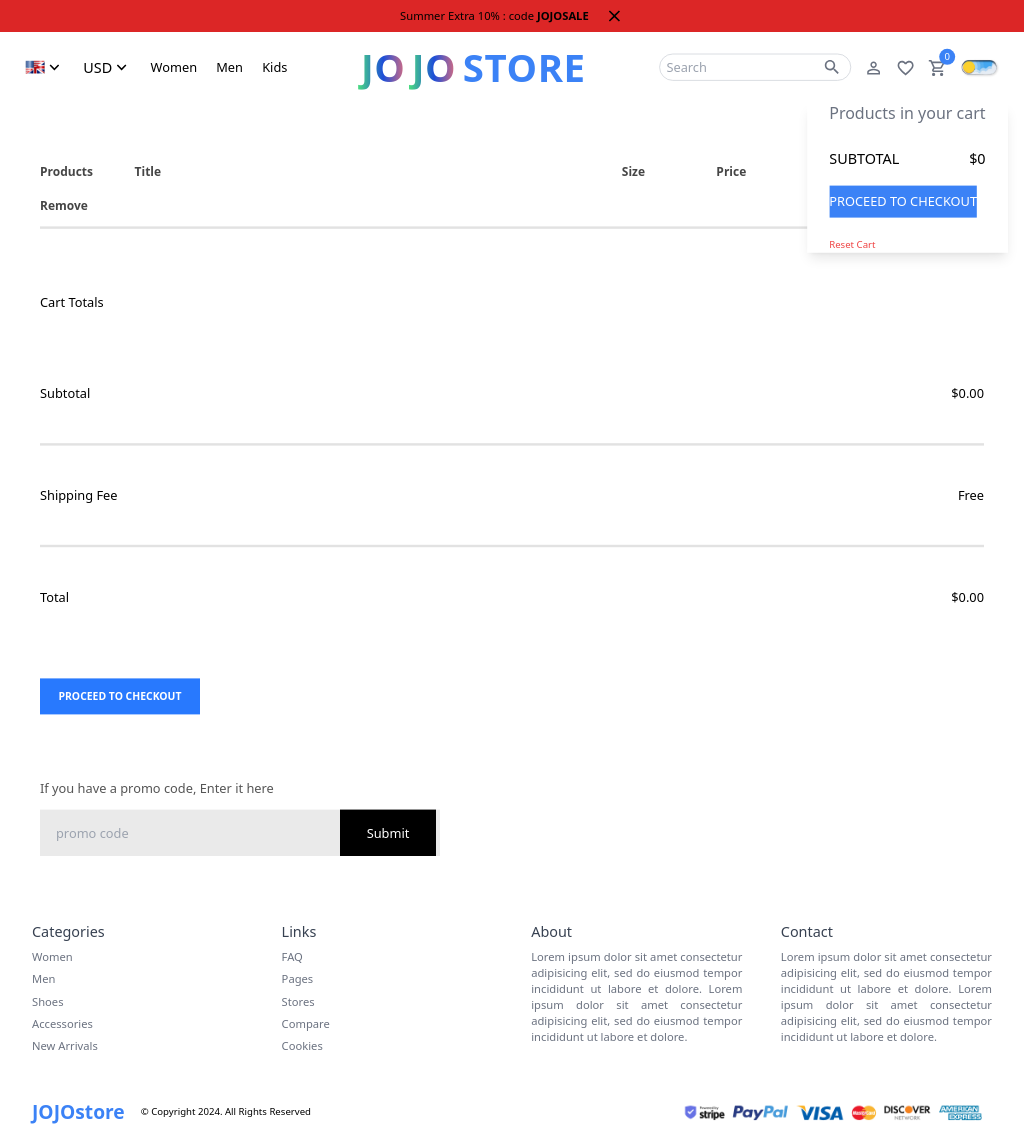
Repository: AiTrinh303/JOJO-STORE
Page: /cartpage, after clicking the first element matching `div.icons > :nth-child(4)`
The author's editor kept a copy of each file at every save. The page is drawn from the files as they stood at one save, then again after the next save.
The browser window is 1280 px wide. The pictures show the whole page, at 80% of full size.
The project was rebuilt for these pictures with package versions that can differ from the ones it lists, and the page was loaded fresh each time. Also part of the build but not shown: vite.config.js, src/components/Slider/Slide1.jsx, src/components/Slider/Slide2.jsx, src/components/Slider/Slide3.jsx, src/components/Slider/Slider.scss, src/components/Slider/Slider.jsx, src/components/Card.jsx, src/assets/featured_data.js and 17 more.

Above is the page before, as saved 2024-06-12 11:53:27.

After the next save:
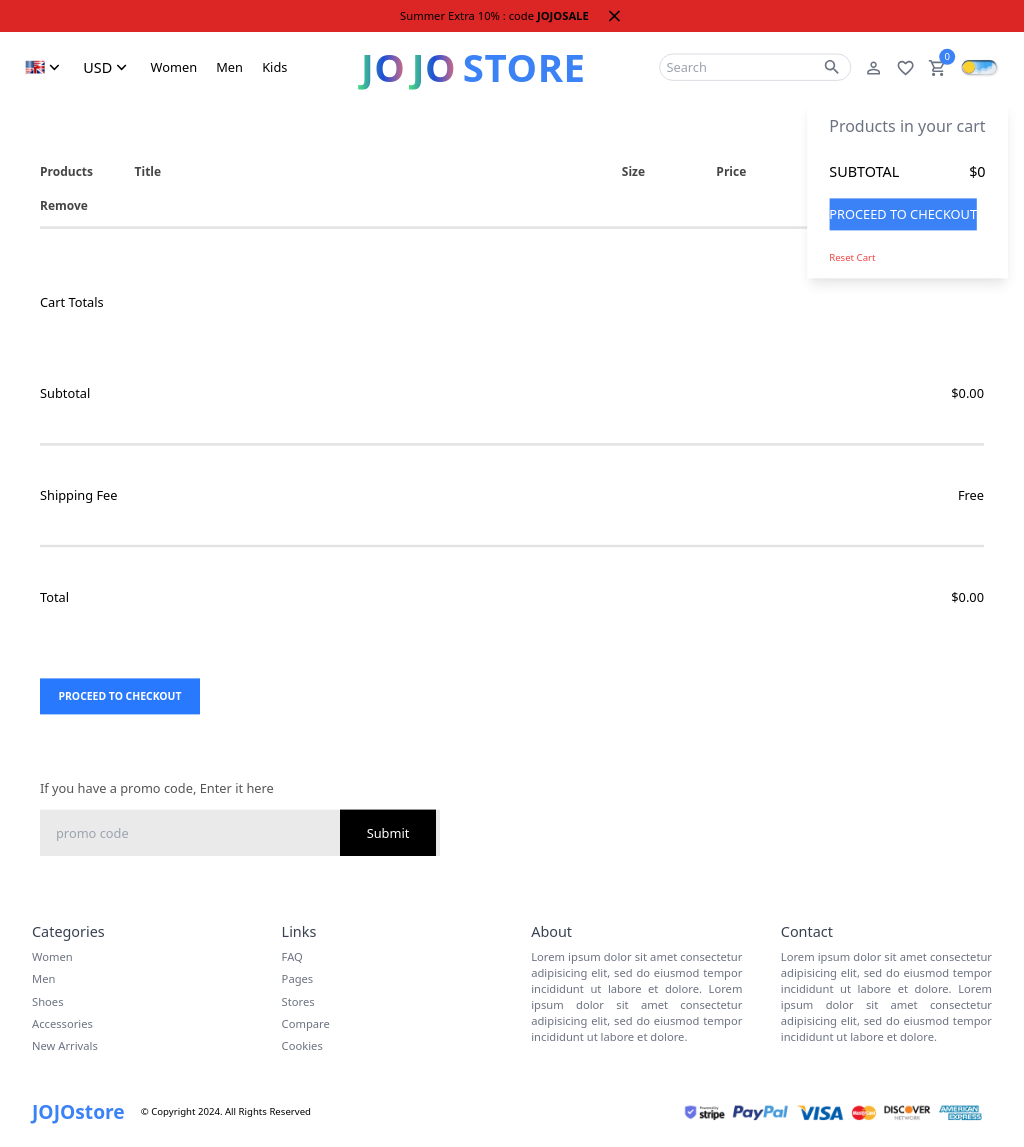
Saved 23 s later.
--- a/src/components/Cart.jsx
+++ b/src/components/Cart.jsx
@@ -13,7 +13,7 @@ const Cart = () => {
   };
 
   return (
-    <div className="absolute top-20 right-5 z-50 bg-white px-7 shadow-lg">
+    <div className="absolute top-20 right-5 z-50 bg-white px-7 py-4 shadow-lg">
       <h1 className="mb-7 text-gray-500 font-normal text-xl">Products in your cart</h1>
       {all_product.map((item) => {
         if (cartItems[item.id] > 0) {
